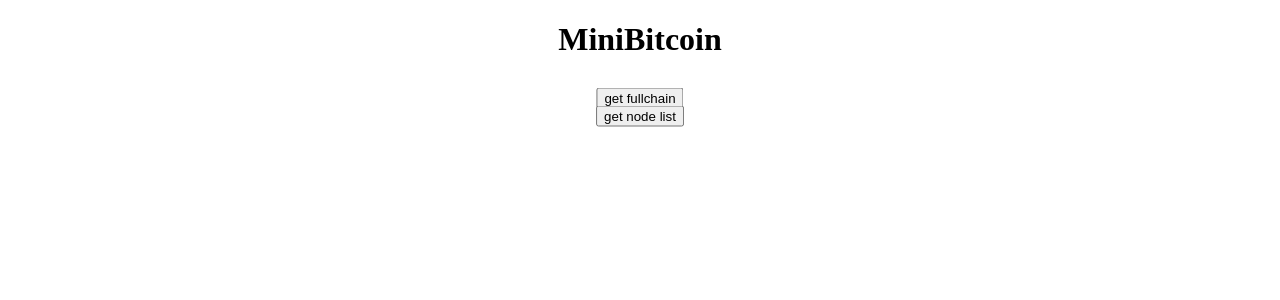
Repository: lam4562311/Minibitcoin
Page: http://localhost/
These files come from the project's save history. The page is drawn as it stood at one moment and after the next save; the edit follows.
The browser window is 1280 px wide. The pictures show the whole page.
Some web libraries are served in a nearby version. The page is served by the project's application, run on Flask 3 (bitcoin-5003.py).

Above is the page before, as saved 2022-04-08 22:17:12.

After the next save:
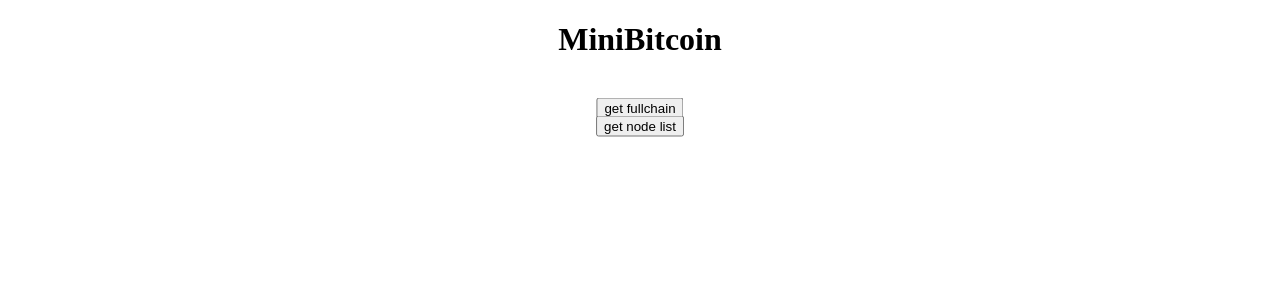
Saved 28 s later.
--- a/templates/homepage.html
+++ b/templates/homepage.html
@@ -3,7 +3,7 @@
 <head>
     <style>
         .center {
-          margin:0;
+          margin:10px 0px 10px 0px;
           position: absolute;
           left: 50%;
           -ms-transform: translate(-50%, -50%);
